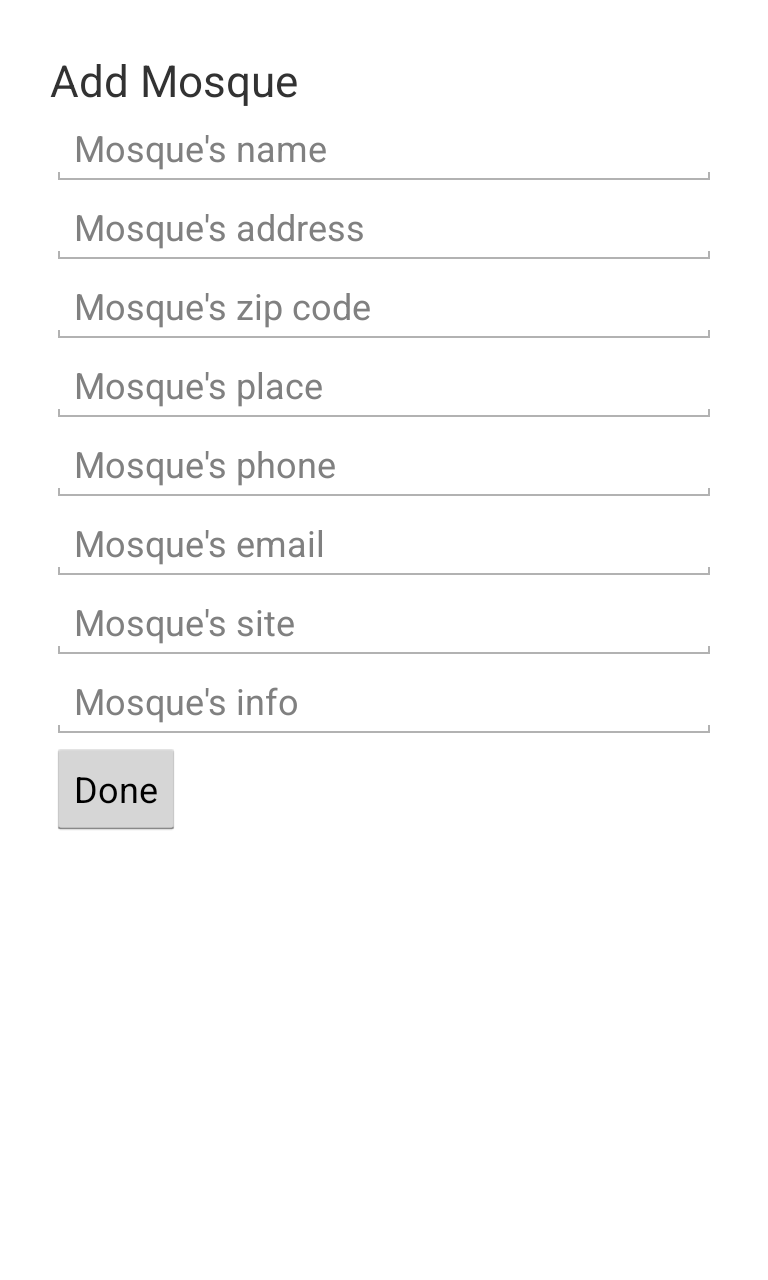
Repository: Osamah/Afstudeerwerk
Layout: NativeApp/SecondPillar/res/layout/activity_addmosque.xml
The author's editor kept a copy of each file at every save. The layout is drawn from the files as they stood at one save, then again after the next save.
It is drawn on a 768 x 1280 px phone screen (xhdpi) without system bars, with theme AppTheme; the app's code is not run.

Above is the layout before, as saved 2013-01-05 21:25:38.

After the next save:
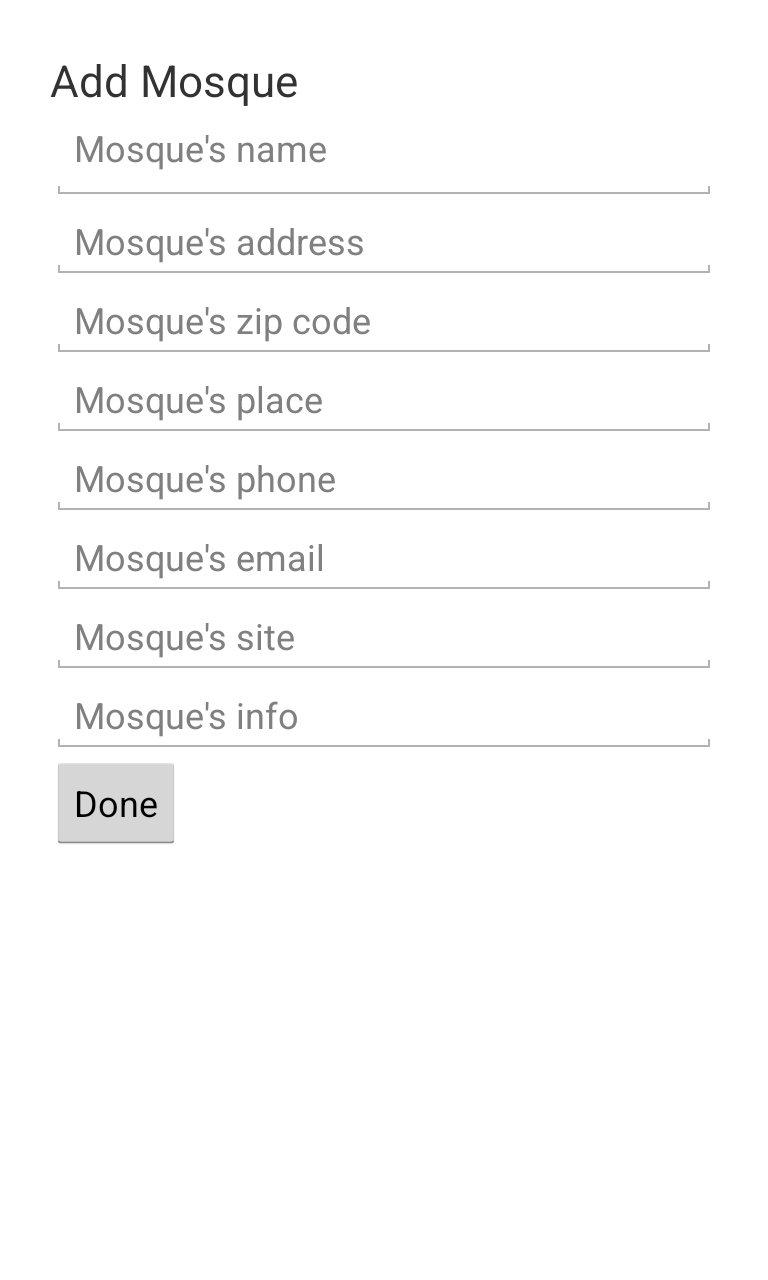
Saved 32 s later.
--- a/NativeApp/SecondPillar/res/values/styles.xml
+++ b/NativeApp/SecondPillar/res/values/styles.xml
@@ -24,7 +24,7 @@
     <!-- /////////////////\\\\\\\\\\\\\\\\\\\\\ -->
     <style name="txtBoxes">
 
-        <item name="android:paddingBottom=">15dp</item>
+        <item name="android:paddingBottom">15dp</item>
 
     </style>
 
